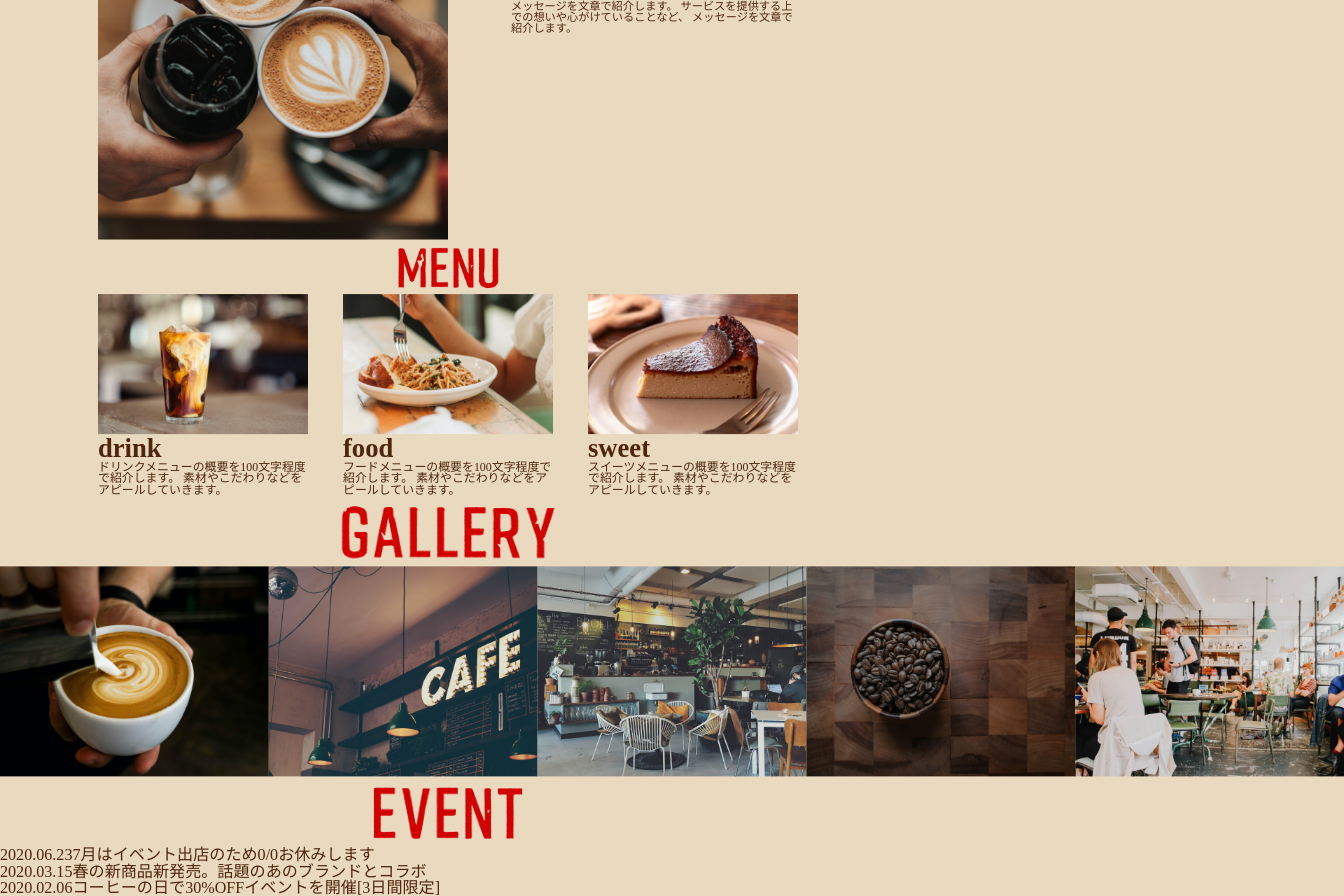
Repository: sonoyama01/dezasuta
Page: 第4回課題/index.html
The author's editor kept a copy of each file at every save. The page is drawn from the files as they stood at one save, then again after the next save.
The browser window is 1280 px wide. The page is 1920 px wide, so the pictures cover 1920 px, including what lies to the right of the window. The pictures show the part of the page from y = 943 to 2223 px (the page is 2223 px tall), at 70% of full size.

Above is the page before, as saved 2024-05-03 15:04:40.

After the next save:
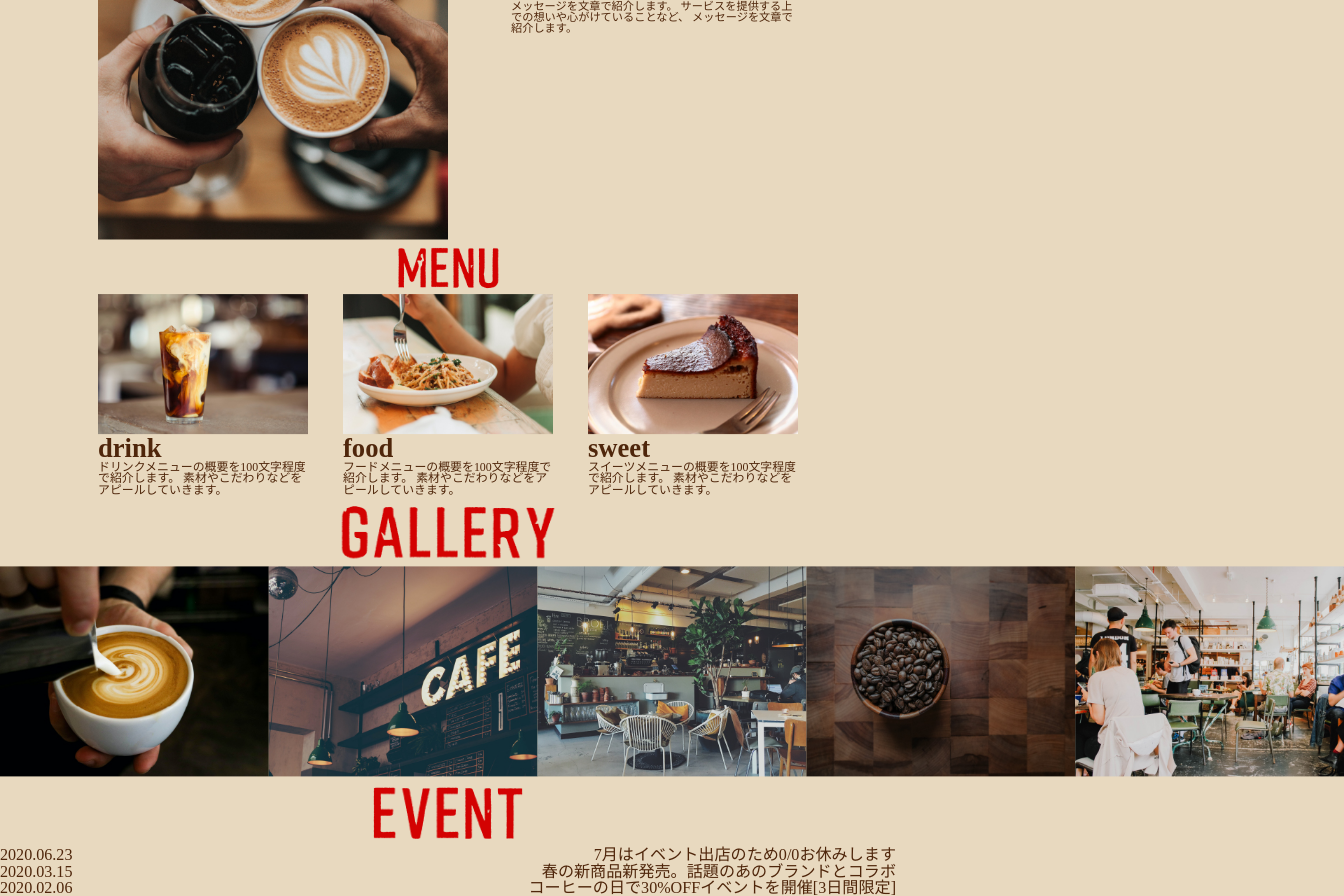
Saved 23 s later.
--- a/第4回課題/css/style.css
+++ b/第4回課題/css/style.css
@@ -180,4 +180,5 @@ h3 {
 }
 .event_item {
   display: flex;
+  justify-content: space-between;S
 }
